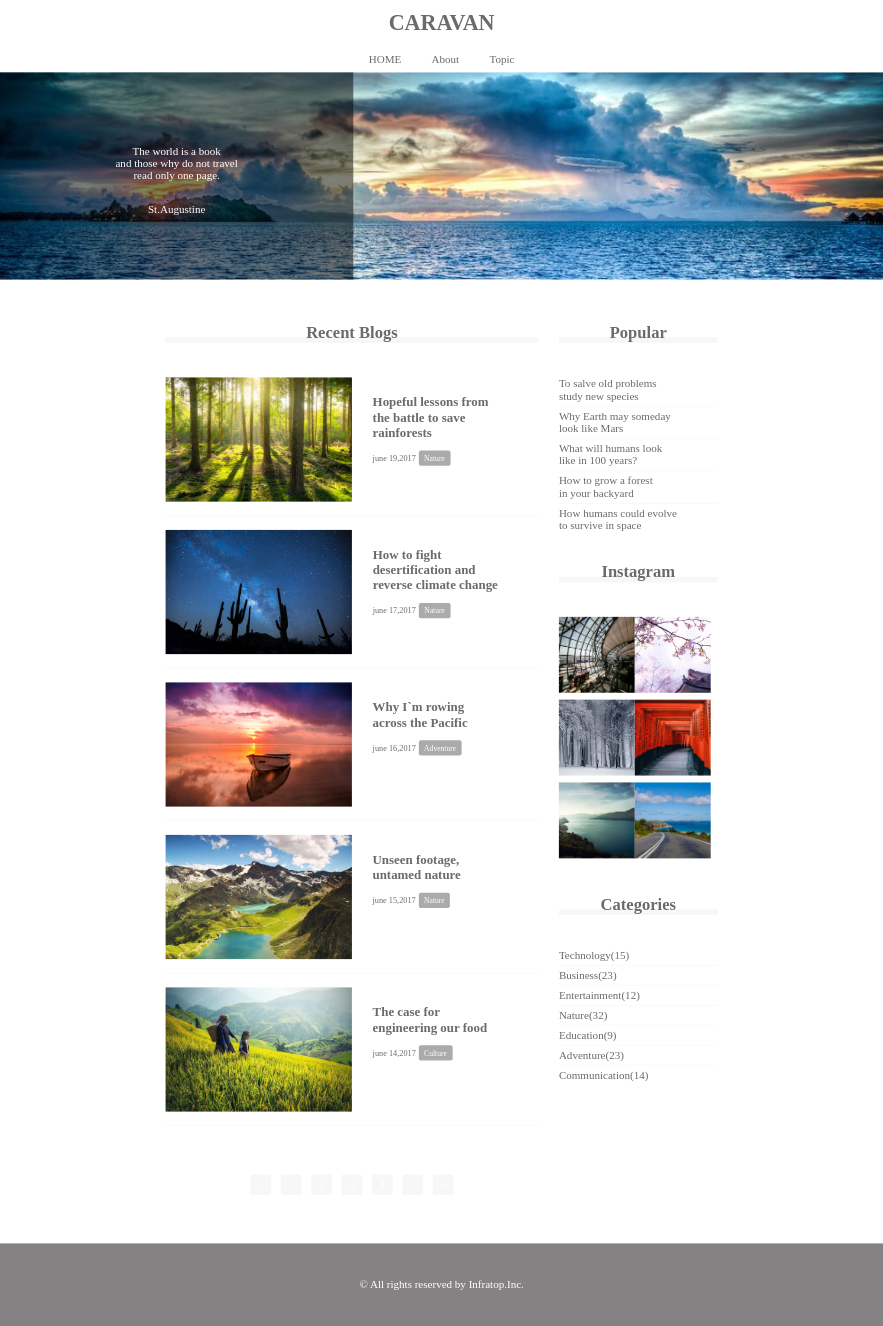
Repository: TACAMP/caravan
Page: caravan/index.html
The author's editor kept a record of every edit. The page is drawn from the files as they stood at one moment, then again after the next edit.
The browser window is 1280 px wide. The pictures show the whole page, at 69% of full size.

Above is the page before.

After the next edit:
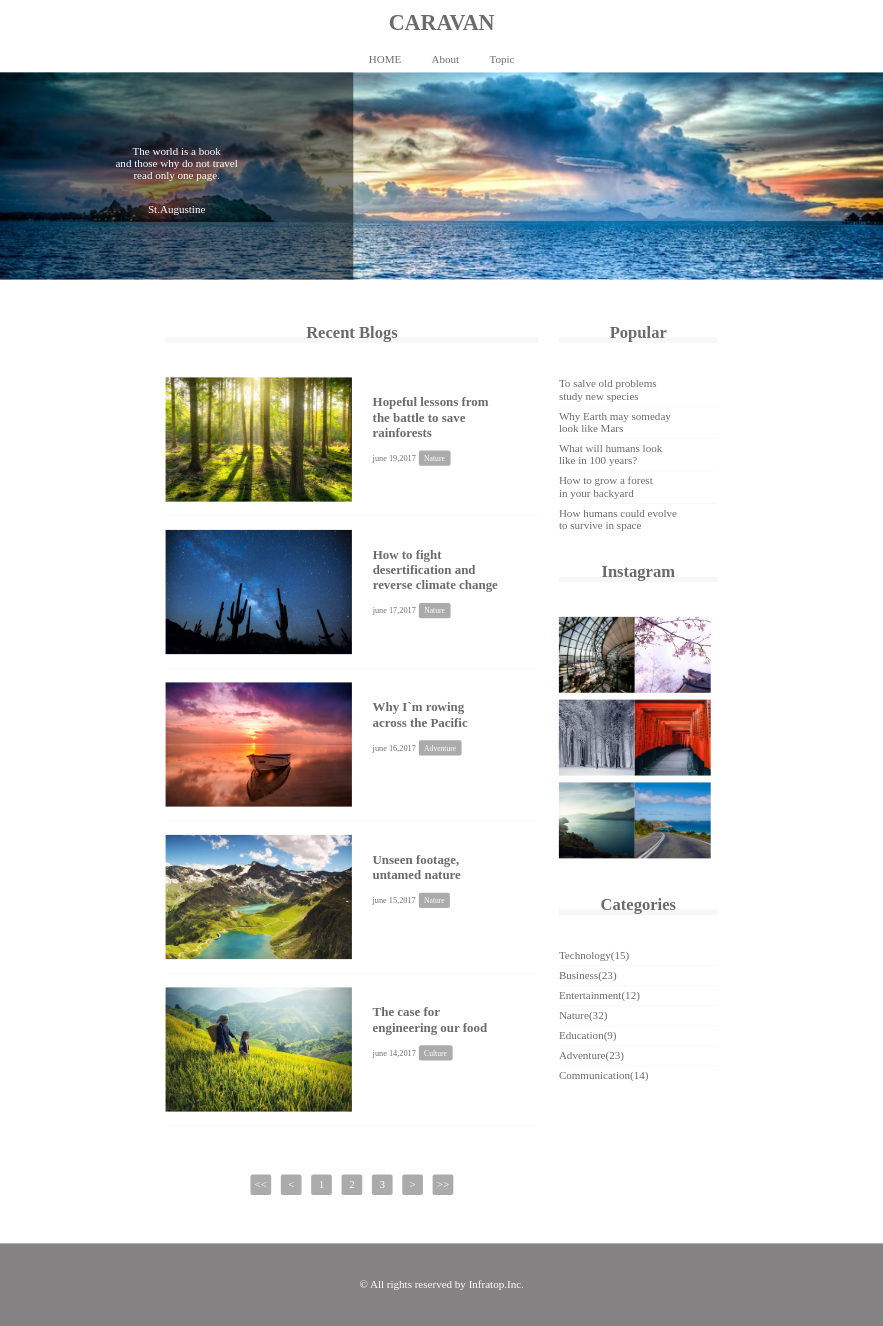
The edit:
--- a/caravan/style.css
+++ b/caravan/style.css
@@ -125,7 +125,7 @@
   height:30px;
   margin:0 5px;
   color:#fff;
-  background-color:#f7f7f7;
+  background-color:#acabab;
   border-radius:3px;
   line-height:30px;
 }
